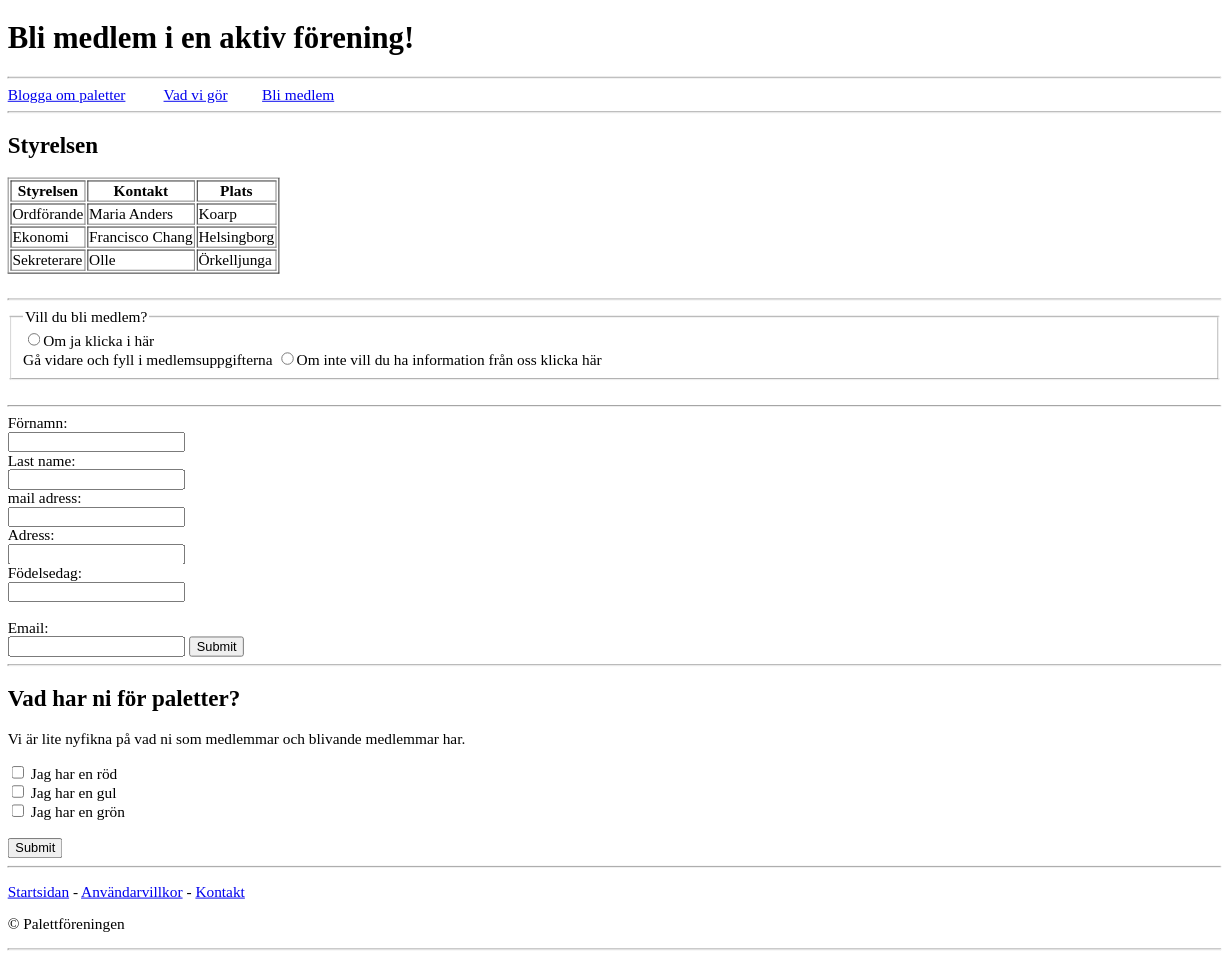
Repository: Webutveckling-20-21/Uppgift-1
Page: medlemskap.html
The author's editor kept a copy of each file at every save. The page is drawn from the files as they stood at one save, then again after a run of saves.
The browser window is 1280 px wide. The pictures show the whole page, at 96% of full size.

Above is the page before, as saved 2021-09-07 22:10:41.

### medlemskap.html
<!DOCTYPE html>
<html lang="en">

<head>
    <meta charset="UTF-8">
    <meta name="viewport" content="width=device-width, initial-scale=1.0">
    <title>Palettföreningen</title>
</head>

<body>
    <header>
        <h1>Bli medlem i en aktiv förening!</h1>
        <hr>
        <a href="blogg.html">Blogga om paletter</a> &nbsp;&nbsp;&nbsp;&nbsp;&nbsp;&nbsp;&nbsp;&nbsp; <a
            href="verksamheten.html">Vad vi gör</a>&nbsp;&nbsp;&nbsp;&nbsp;&nbsp;&nbsp;&nbsp;&nbsp;
        <a href="medlemskap.html">Bli medlem</a>

    </header>
    <hr>
    <main>
        <h2>Styrelsen</h2>

        <table border="1">
            <tr>
                <th>Styrelsen</th>
                <th>Kontakt</th>
                <th>Plats</th>
            </tr>
            <tr>
                <td>Ordförande</td>
                <td>Maria Anders</td>
                <td>Koarp</td>
            </tr>
            <tr>
                <td>Ekonomi</td>
                <td>Francisco Chang</td>
                <td>Helsingborg</td>
            </tr>
            <tr>
                <td>Sekreterare</td>
                <td>Olle</td>
                <td>Örkelljunga</td>
            </tr>
        </table> <br>
        <hr>

        <form method="post">
            <fieldset>
                <legend>Vill du bli medlem?</legend>
                <label><input type="radio" name="radio">Om ja klicka i här</label><br>
                Gå vidare och fyll i medlemsuppgifterna</a>
                <label><input type="radio" name="radio">Om inte vill du ha information från oss klicka här</label>
            </fieldset> <br>
            <hr>
            <label for="fname">Förnamn:</label><br>
            <input type="text" id="text" name="text" value=""><br>
            <label for="lname">Last name:</label><br>
            <input type="text" id="text" name="text" value=""><br>

            <label for="fname">mail adress:</label><br>
            <input type="text" id="text" name="text" value=""><br>
            <label for="text">Adress:</label><br>
            <input type="text" id="text" name="text" value=""><br>
            <label for="text">Födelsedag:</label><br>
            <input type="text" id="text" name="text" value=""><br> <br>
            <label for="email">Email:</label><br>
            <input type="email" id="email" name="email"
                multiple> <input type="submit" value="Submit">
        </form>


    </main>
    <hr>
    <aside>
        <h2>Vad har ni för paletter?</h2>
        <p>Vi är lite nyfikna på vad ni som medlemmar och blivande medlemmar har.</p>

        <form>
            <input type="checkbox" id="red" name="red" value="red">
            <label for="red"> Jag har en röd</label><br>
            <input type="checkbox" id="yellow" name="yellow" value="yellow">
            <label for="yellow">Jag har en gul</label><br>
            <input type="checkbox" id="green" name="green" value="green">
            <label for="green"> Jag har en grön</label><br><br>
            <input type="submit" value="Submit">
        </form>




    </aside>
    <hr>
    <footer>
        <nav>
            <p>
                <a href="blogg.html">Startsidan</a> -
                <a href="villkor.html">Användarvillkor</a> -
                <a href="kontakt.html">Kontakt</a>
            </p>
        </nav>
        <p> &copy; Palettföreningen</p>

    </footer>
    <hr>

</body>


</html>

After the next 2 saves:
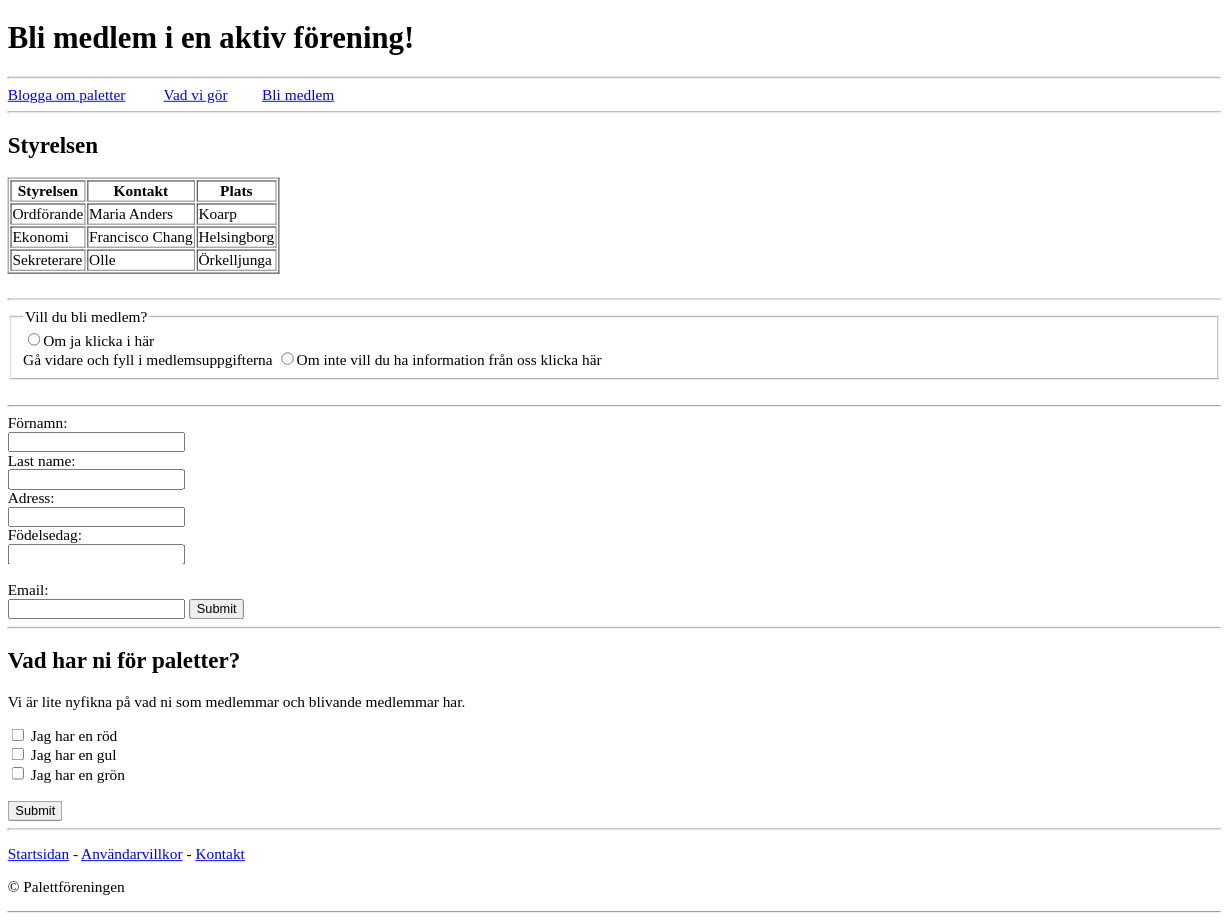
The 2 saves are shown as one change because they came seconds apart.
The last was saved 31 s later.
--- a/medlemskap.html
+++ b/medlemskap.html
@@ -57,8 +57,6 @@
             <label for="lname">Last name:</label><br>
             <input type="text" id="text" name="text" value=""><br>
 
-            <label for="fname">mail adress:</label><br>
-            <input type="text" id="text" name="text" value=""><br>
             <label for="text">Adress:</label><br>
             <input type="text" id="text" name="text" value=""><br>
             <label for="text">Födelsedag:</label><br>
